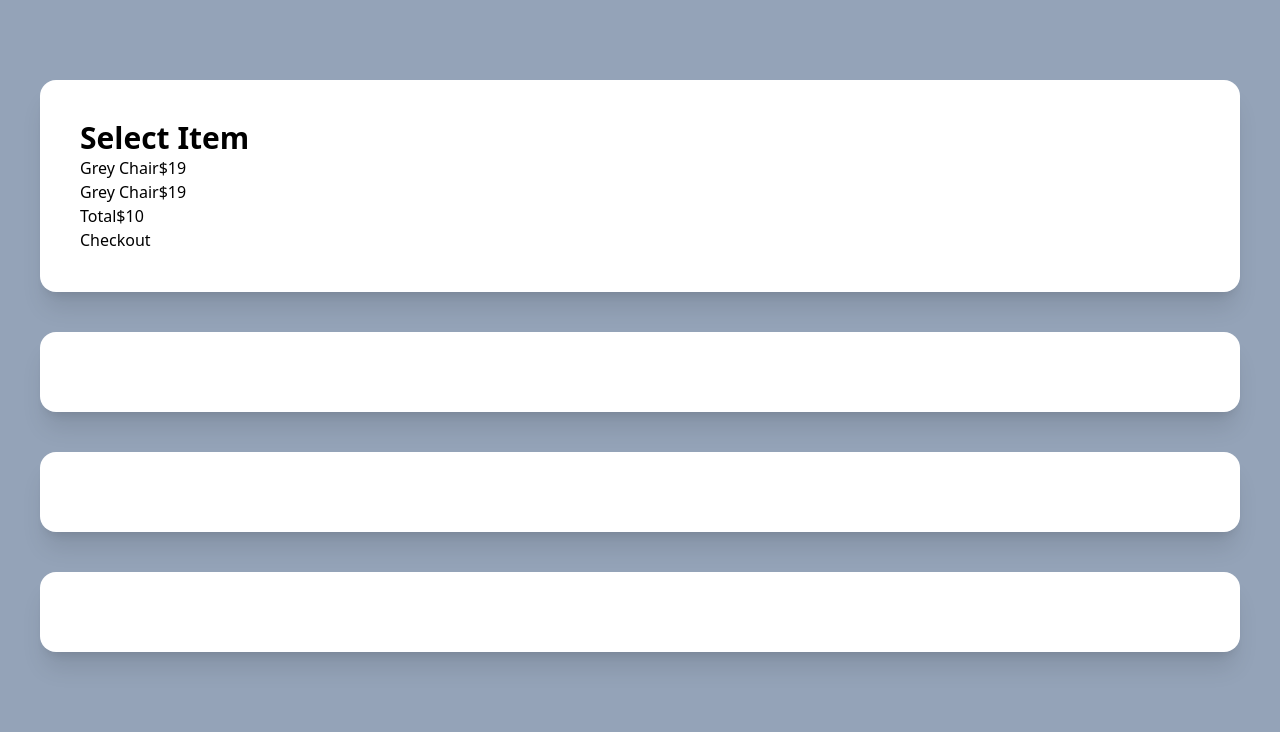
Repository: pjk0007/nextjs-carrot-marcket
Page: /
An editor plug-in stored every save of this project. The page is shown before and after the next save, followed by the edit.
The browser window is 1280 px wide. The pictures show the whole page.
The project was rebuilt for these pictures with package versions that can differ from the ones it lists, and the page was loaded fresh each time. The framework's server and built-in components were replaced by stand-ins that run in the browser. Also part of the build but not shown: next.config.js.

Above is the page before, as saved 2022-04-30 12:57:13.

### pages/index.tsx
import type { NextPage } from 'next'
const Home: NextPage = () => {
  return (
    <div className='bg-slate-400 py-20 px-10 grid gap-10'>
      <div className='bg-white p-10 rounded-2xl shadow-xl'>
        <span className='font-semibold text-3xl'>Select Item</span>
        <div>
          <span>Grey Chair</span>
          <span>$19</span>
        </div>
        <div>
          <span>Grey Chair</span>
          <span>$19</span>
        </div>
        <div>
          <span>Total</span>
          <span>$10</span>
        </div>
        <div>Checkout</div>
      </div>
      <div className='bg-white p-10 rounded-2xl shadow-xl'></div>
      <div className='bg-white p-10 rounded-2xl shadow-xl'></div>
      <div className='bg-white p-10 rounded-2xl shadow-xl'></div>
    </div>
  );
}

export default Home

### tailwind.config.js
module.exports = {
  content: [
    "./pages/**/*.{js,jsx,ts,tsx}",
    "./components/**/*.{js,jsx,ts,tsx}"
  ],
  theme: {
    extend: {},
  },
  plugins: [],
}

Loaded but not shown: pages/_app.tsx (common file); styles/globals.css (common file)

After the next save:
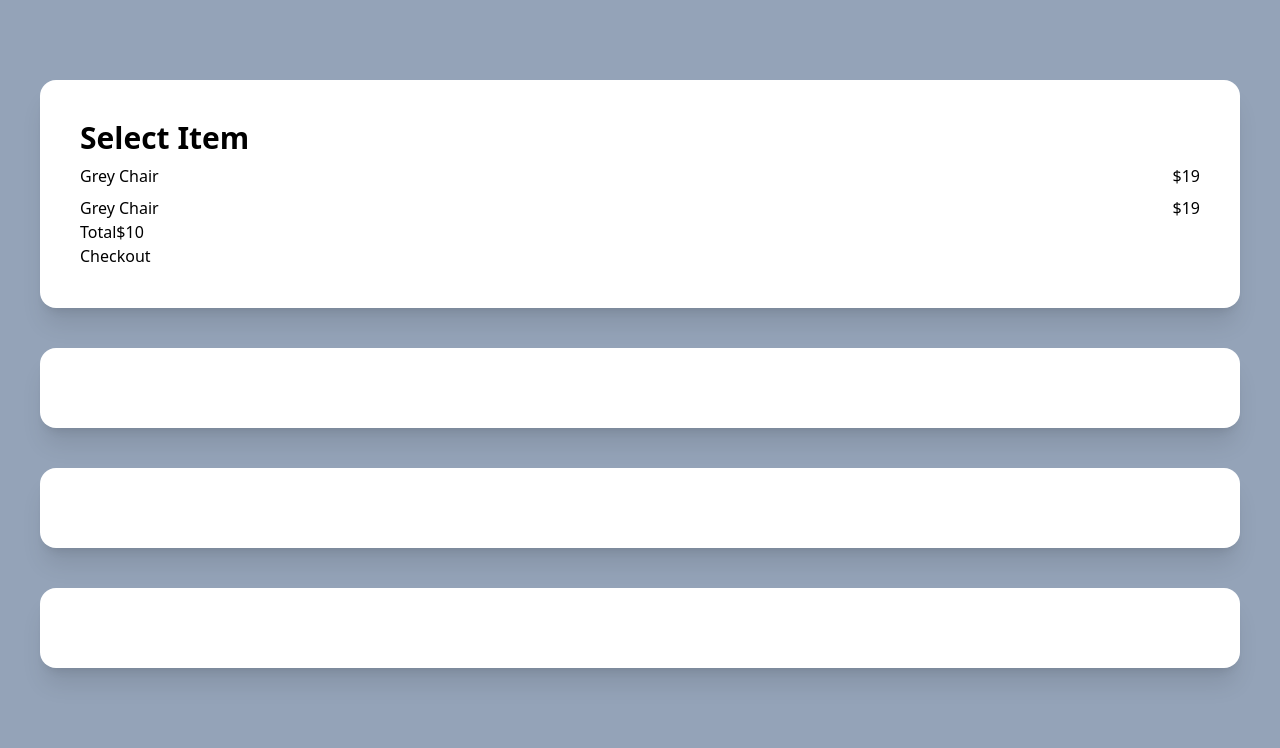
Saved 60 s later.
--- a/pages/index.tsx
+++ b/pages/index.tsx
@@ -4,12 +4,12 @@ const Home: NextPage = () => {
     <div className='bg-slate-400 py-20 px-10 grid gap-10'>
       <div className='bg-white p-10 rounded-2xl shadow-xl'>
         <span className='font-semibold text-3xl'>Select Item</span>
-        <div>
-          <span>Grey Chair</span>
+        <div className='flex justify-between my-2'>
+          <span text-gray-500>Grey Chair</span>
           <span>$19</span>
         </div>
-        <div>
-          <span>Grey Chair</span>
+        <div className='flex justify-between'>
+          <span text-gray-500>Grey Chair</span>
           <span>$19</span>
         </div>
         <div>
